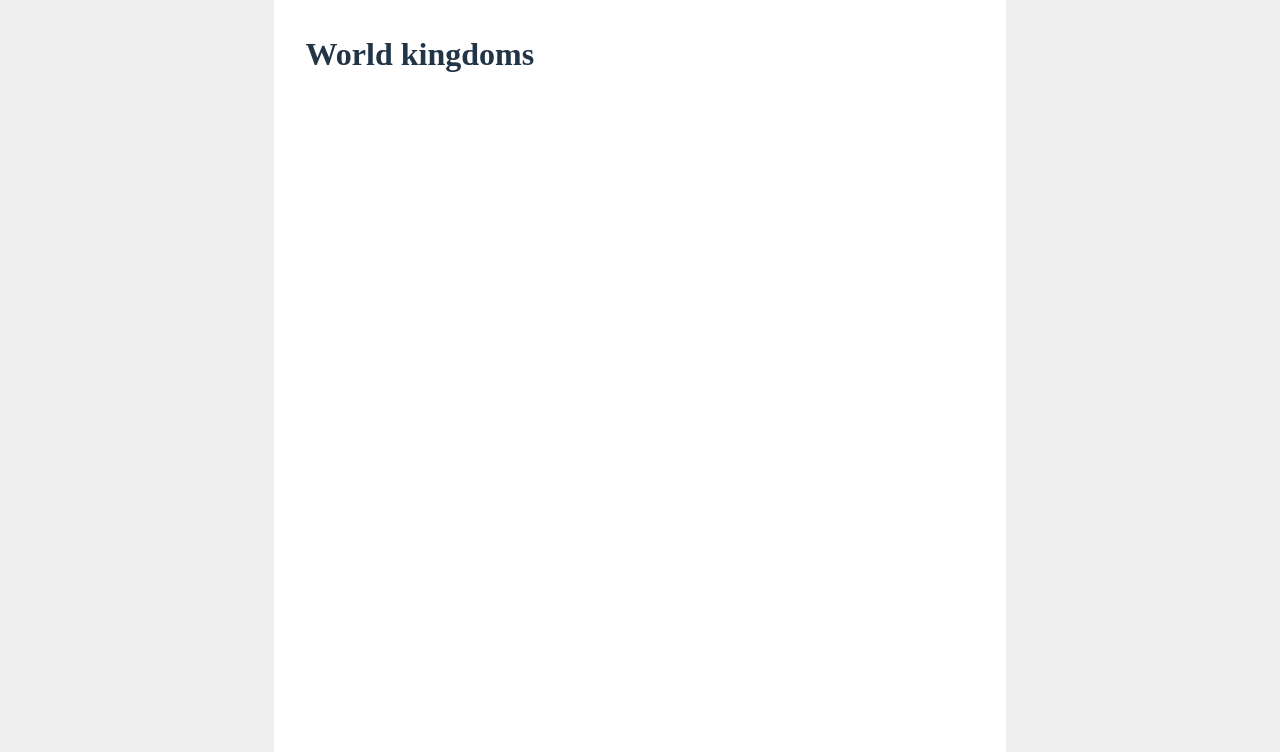
Repository: SamanthaYan298/my_world_kingdoms
Page: /
The author's editor kept a copy of each file at every save. The page is drawn from the files as they stood at one save, then again after the next save.
The browser window is 1280 px wide. The pictures show the whole page.
The page's requests for data from a server got no answer. The project was rebuilt for these pictures with package versions that can differ from the ones it lists, and the page was loaded fresh each time. No one was signed in, and anything a server would have sent is missing. Also part of the build but not shown: vite.config.js.

Above is the page before, as saved 2024-11-20 18:09:11.

### src/App.jsx
import { useEffect, useState } from 'react'
import './App.css'
import Countries from '../components/Countries';

function App() {

  const [query, setQuery] = useState('');
  const [countries, setCountries] = useState([]);
  const [fetchStatus, setFetchStatus] = useState('idle');

  // load data on mount - only load once
  useEffect(() => {
    const url = ` https://restcountries.com/v3.1/name/kingdom`;

    async function fetchData() {
      let response, data;
      try{
        setFetchStatus('loading');
        response = await fetch(url);
        data = await response.json();
        setCountries(data);
        setFetchStatus('idle');
      } catch(e) {
        setFetchStatus('error');
        console.error(e.message);
      }
    }

    fetchData();

  }, [query]);

  let filteredCountries = [...countries];

  return (
    <>
    <div className='countries'>
      <h1>World kingdoms</h1>
      <Countries countries={filteredCountries} />
    </div>

    </>
  )
}

export default App

### src/App.css
#root {
  width: 100%;
  height: 100%;
  margin: 0 auto;
  padding: 0 2rem;
  text-align: center;
  background-color: #eee;
  font-family: "DM Serif Text", serif;
  font-weight: 400;
  font-style: normal;
}

h1 {
  display: block;
  font-size: 2em;
  margin-block-start: 0.67em;
  margin-block-end: 0.67em;
  margin-inline-start: 0px;
  margin-inline-end: 0px;
  font-weight: bold;
  unicode-bidi: isolate;
  text-align: left;
}

.countries {
  width: 55%;
  background: #fff;
  margin: 0 auto;
  padding: 1em 2em;
  height: 100vh;
}

img {
  width: 50%;
}

### components/Countries.jsx
import '../src/App.css'

function Countries({ countries }) {

    return (
      <div className='outer-container'>
        {countries.map((country, index) => (
            <div key={index} className='cards-container'>
              <div className='cards'>
                <div className='cards-header'>
                  <div>
                    <img src={country.flags.png} alt={`Flag of ${country.name.common}`} />
                  </div>
                  <h4 className='name'>{country.name.common}</h4>
                </div>
                <div>
                  <div className='country-info'>
                    <p>
                      <span><strong>Capital: </strong></span>
                      <span>{country.capital}</span>
                    </p>
                    <p>
                      <span><strong>Location in: </strong></span>
                      <span className='borders'>{country.subregion}</span>
                    </p>
                  </div>
                </div>
              </div>
            </div>
          ))}
      </div>
    );
  }

  export default Countries;

Loaded but not shown: index.html (common file); src/main.jsx (common file); src/index.css (common file)

After the next save:
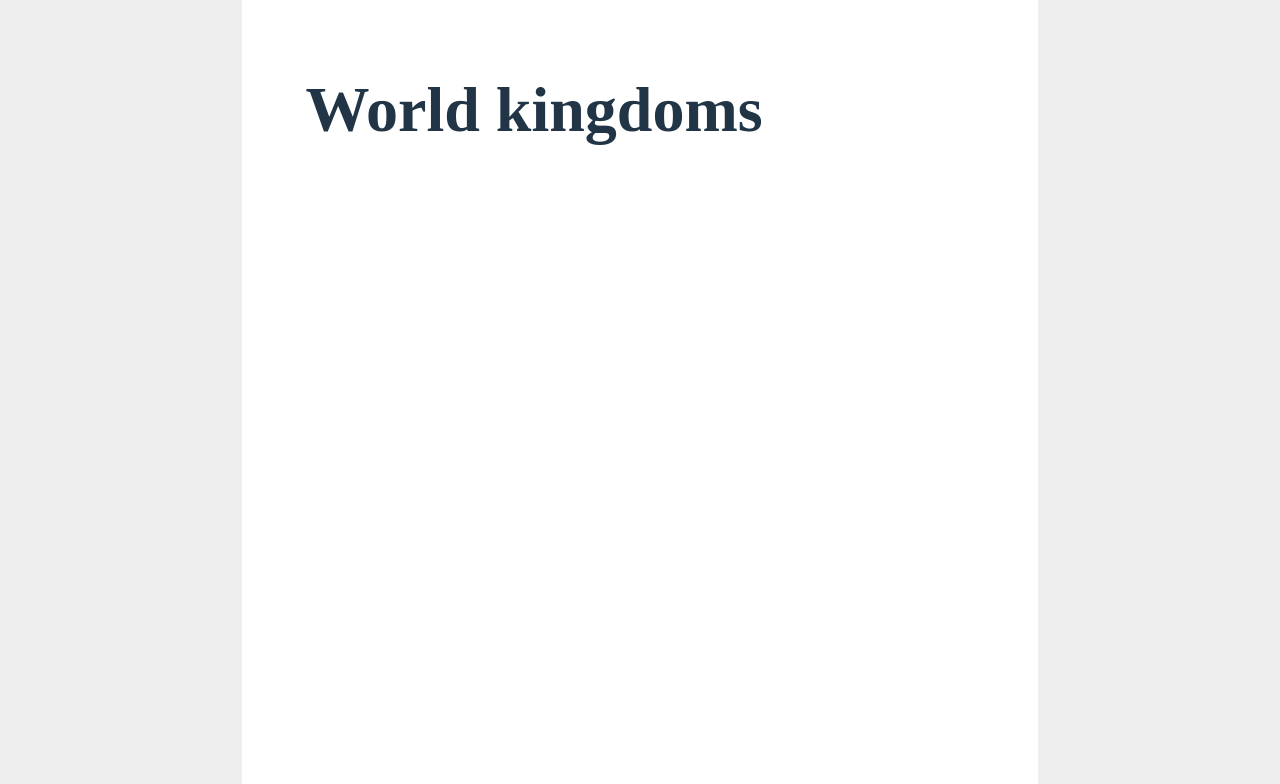
Saved 42 s later.
--- a/src/App.css
+++ b/src/App.css
@@ -26,6 +26,7 @@ h1 {
   width: 55%;
   background: #fff;
   margin: 0 auto;
+  font-size: 2em;
   padding: 1em 2em;
   height: 100vh;
 }
